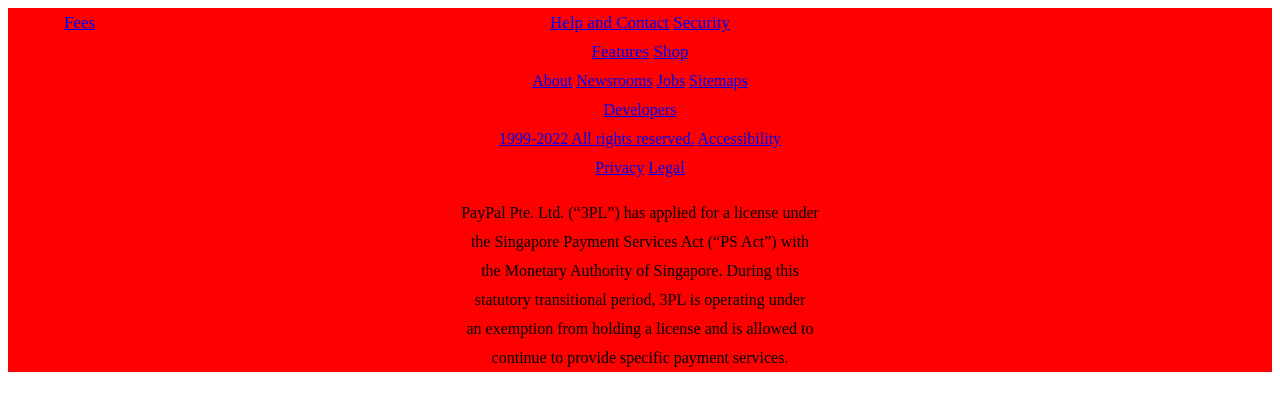
Repository: Jayeola3/Paypal
Page: text.html
An editor plug-in stored every save of this project. The page is shown before and after the next save, followed by the edit.
The browser window is 1280 px wide. The pictures show the whole page.

Above is the page before, as saved 2022-06-29 13:34:01.

After the next save:
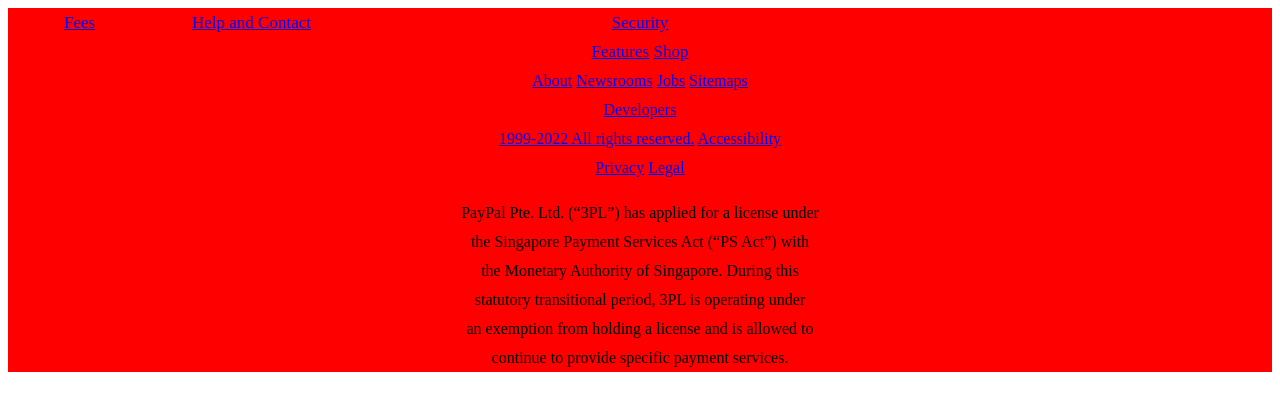
Saved 16 s later.
--- a/text.html
+++ b/text.html
@@ -8,7 +8,7 @@
 </head>
 <body>
     <div class="moves">
-        <a href="http://" class="Contact">Help and Contact</a>
+        <a href="http://" class="contact">Help and Contact</a>
         <a href="http://" class="fee"> Fees</a>
         <a href="http://" class="gin">Security</a> <br>
         <a href="http://" class="sin">Features</a>
